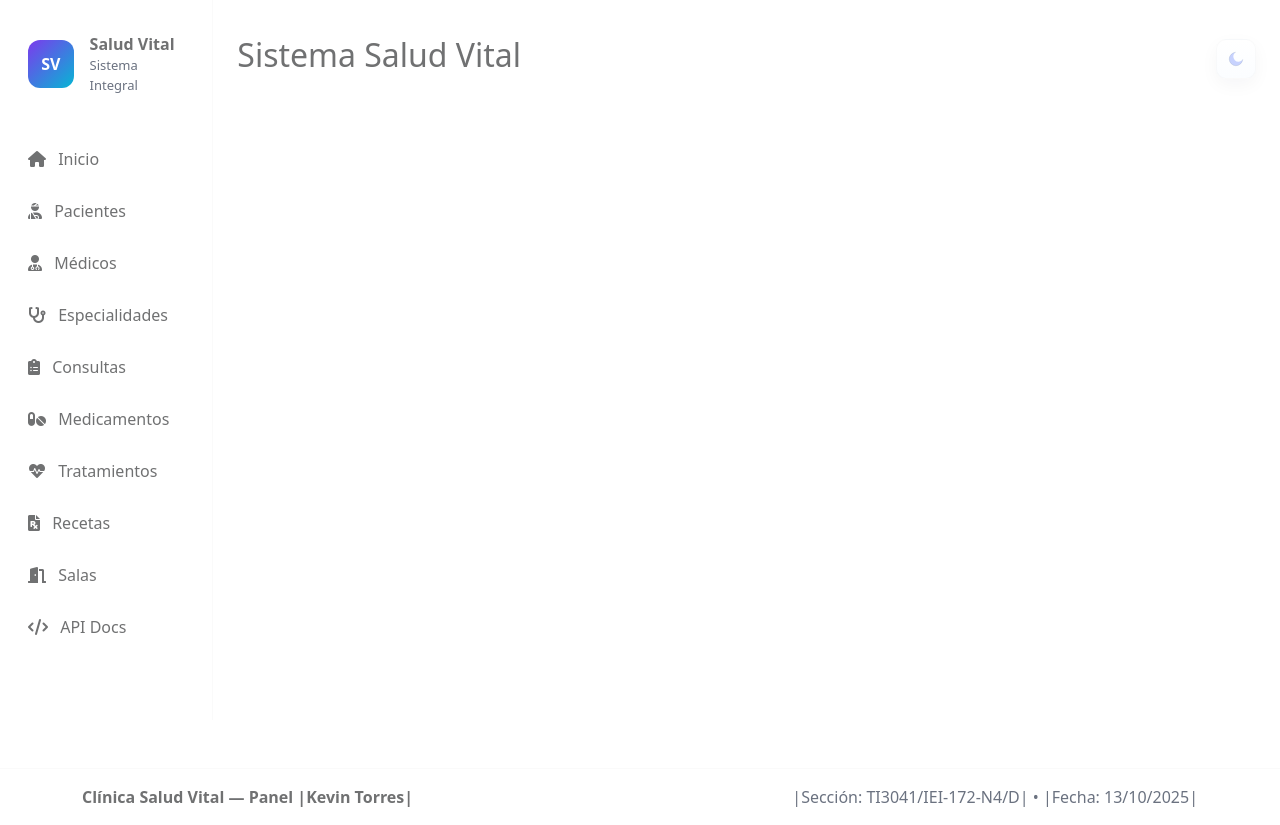
Repository: KeviNozh/eva2_clinica
Page: templates/base.html
An editor plug-in stored every save of this project. The page is shown before and after the next save, followed by the edit.
The browser window is 1280 px wide. The pictures show the whole page.
The template is drawn by Django 5.2. The application's start-up code is not run. Other server files are loaded and not shown. The template is opened directly, without the code that normally fills it, so the values that code supplies are empty.

Above is the page before, as saved 2025-10-16 00:35:57.

### templates/base.html
<!DOCTYPE html>
<html lang="es">
<head>
    <meta charset="UTF-8">
    <meta name="viewport" content="width=device-width, initial-scale=1.0">
    <title>{% block title %}Sistema Salud Vital{% endblock %}</title>

    <!-- Prevent theme flash: apply saved preference before CSS loads -->
    <script>
    (function(){
        try {
            const KEY = 'salud_vital_theme';
            const saved = localStorage.getItem(KEY);
            if (saved === 'dark') {
                document.documentElement.setAttribute('data-theme', 'dark');
            } else if (saved === 'light') {
                document.documentElement.removeAttribute('data-theme');
            } else {
                const prefersDark = window.matchMedia && window.matchMedia('(prefers-color-scheme: dark)').matches;
                if (prefersDark) document.documentElement.setAttribute('data-theme', 'dark');
                else document.documentElement.removeAttribute('data-theme');
            }
        } catch (e) {
            // Silently ignore (no localStorage access)
        }
    })();
    </script>

    <!-- Bootstrap -->
    <link href="https://cdn.jsdelivr.net/npm/bootstrap@5.3.0/dist/css/bootstrap.min.css" rel="stylesheet">
    <link rel="stylesheet" href="https://cdnjs.cloudflare.com/ajax/libs/font-awesome/6.0.0/css/all.min.css">

    <!-- Google Fonts -->
    <link href="https://fonts.googleapis.com/css2?family=Poppins:wght@300;400;600;700&display=swap" rel="stylesheet">

    <style>
        :root {
            --bg: #ffffff;
            --muted: #6b7280;
            --text: #707172ff;
            --card: #fff;
            --glass: rgba(121, 121, 121, 0.04);
            --accent-1: linear-gradient(135deg,#7c3aed,#06b6d4);
            --accent-2: linear-gradient(135deg,#ff7a59,#ffb86b);
            --accent-3: linear-gradient(135deg,#34d399,#60a5fa);
            --accent-4: linear-gradient(135deg,#f472b6,#7c3aed);
            --radius: 12px;
            --shadow: 0 10px 30px rgba(11,21,40,0.06);
            --max-width: 1200px;
            font-family: 'Poppins', system-ui, -apple-system, "Segoe UI", Roboto, Arial, sans-serif;
            color-scheme: light;
            background-color: var(--bg);
            color: var(--text);
        }

        html[data-theme="dark"] {
            --bg: linear-gradient(180deg,#071021,#071827);
            --muted: #9aa6b2;
            --text: #e6f1f6;
            --card: #071226;
            --glass: rgba(255,255,255,0.03);
            --shadow: 0 10px 30px rgba(2,6,23,0.6);
            color-scheme: dark;
        }

        * { box-sizing: border-box }
        html, body { height: 100%; margin: 0; background: var(--bg); -webkit-font-smoothing: antialiased; color: var(--text); }
        a { color: inherit; text-decoration: none }
        button { font: inherit }

        .sidebar {
            min-height: 100vh;
            background: var(--card);
            border-right: 1px solid var(--glass);
        }

        .sidebar .nav-link {
            color: var(--text);
            padding: 12px 16px;
            border-radius: var(--radius);
            margin-bottom: 4px;
            transition: all 0.2s ease;
        }

        .sidebar .nav-link:hover {
            background: var(--glass);
            transform: translateX(4px);
        }

        .main-content {
            background: var(--bg);
            padding: 20px;
        }

        .card-custom {
            background: var(--card);
            border-radius: var(--radius);
            box-shadow: var(--shadow);
            border: 1px solid var(--glass);
            margin-bottom: 20px;
        }

        .btn-primary-custom {
            background: var(--accent-1);
            border: none;
            color: white;
            font-weight: 600;
        }

        .theme-toggle {
            display: inline-grid;
            place-items: center;
            width: 40px;
            height: 40px;
            border-radius: 10px;
            border: 1px solid var(--glass);
            background: linear-gradient(180deg,#fff,#fbfdff);
            cursor: pointer;
            box-shadow: 0 6px 18px rgba(11,21,40,0.04);
        }

        html[data-theme="dark"] .theme-toggle {
            background: linear-gradient(180deg, rgba(255,255,255,0.02), rgba(255,255,255,0.01));
            border: 1px solid rgba(255,255,255,0.04);
        }

        .table-custom {
            background: var(--card);
            border-radius: var(--radius);
            overflow: hidden;
            box-shadow: var(--shadow);
        }

        .table-custom th {
            background: var(--glass);
            color: var(--muted);
            font-weight: 600;
            border: none;
            padding: 12px 16px;
        }

        .table-custom td {
            padding: 12px 16px;
            border-bottom: 1px solid var(--glass);
        }

        .form-control-custom, .form-select-custom {
            background: var(--card);
            border: 1px solid var(--glass);
            color: var(--text);
            border-radius: var(--radius);
        }

        .form-control-custom:focus, .form-select-custom:focus {
            background: var(--card);
            border-color: #7c3aed;
            color: var(--text);
            box-shadow: 0 0 0 0.2rem rgba(124, 58, 237, 0.25);
        }
    </style>
</head>
<body>
    <div class="container-fluid">
        <div class="row">
            <!-- Sidebar -->
            <nav class="col-md-3 col-lg-2 d-md-block sidebar">
                <div class="position-sticky pt-3">
                    <div class="brand p-3 mb-4">
                        <div class="d-flex align-items-center gap-3">
                            <div class="logo" style="width: 48px; height: 48px; border-radius: 12px; background: var(--accent-1); display: grid; place-items: center; color: white; font-weight: 700;">
                                SV
                            </div>
                            <div>
                                <div class="title" style="font-weight: 700;">Salud Vital</div>
                                <div class="tag" style="font-size: 13px; color: var(--muted);">Sistema Integral</div>
                            </div>
                        </div>
                    </div>

                    <ul class="nav flex-column">
                        <li class="nav-item">
                            <a class="nav-link" href="{% url 'inicio' %}">
                                <i class="fas fa-home me-2"></i> Inicio
                            </a>
                        </li>
                        <li class="nav-item">
                            <a class="nav-link" href="{% url 'crud:crud_pacientes' %}">
                                <i class="fas fa-user-injured me-2"></i> Pacientes
                            </a>
                        </li>
                        <li class="nav-item">
                            <a class="nav-link" href="{% url 'crud:crud_medicos' %}">
                                <i class="fas fa-user-md me-2"></i> Médicos
                            </a>
                        </li>
                        <li class="nav-item">
                            <a class="nav-link" href="{% url 'crud:crud_especialidades' %}">
                                <i class="fas fa-stethoscope me-2"></i> Especialidades
                            </a>
                        </li>
                        <li class="nav-item">
                            <a class="nav-link" href="{% url 'crud:crud_consultas' %}">
                                <i class="fas fa-clipboard-list me-2"></i> Consultas
                            </a>
                        </li>
                        <li class="nav-item">
                            <a class="nav-link" href="{% url 'crud:crud_medicamentos' %}">
                                <i class="fas fa-pills me-2"></i> Medicamentos
                            </a>
                        </li>
                        <li class="nav-item">
                            <a class="nav-link" href="{% url 'crud:crud_tratamientos' %}">
                                <i class="fas fa-heartbeat me-2"></i> Tratamientos
                            </a>
                        </li>
                        <li class="nav-item">
                            <a class="nav-link" href="{% url 'crud:crud_recetas' %}">
                                <i class="fas fa-file-prescription me-2"></i> Recetas
                            </a>
                        </li>
                        <li class="nav-item">
                            <a class="nav-link" href="{% url 'crud:crud_salas' %}">
                                <i class="fas fa-door-open me-2"></i> Salas
                            </a>
                        </li>
                        <li class="nav-item">
                            <a class="nav-link" href="/api/docs/" target="_blank">
                                <i class="fas fa-code me-2"></i> API Docs
                            </a>
                        </li>
                    </ul>
                </div>
            </nav>

            <!-- Main content -->
            <main class="col-md-9 ms-sm-auto col-lg-10 px-md-4 main-content">
                <div class="d-flex justify-content-between flex-wrap flex-md-nowrap align-items-center pt-3 pb-2 mb-3">
                    <h1 class="h2">{% block page_title %}Sistema Salud Vital{% endblock %}</h1>
                    <div class="d-flex align-items-center gap-2">
                        <button class="theme-toggle" aria-pressed="false" title="Cambiar tema" data-theme-toggle>
                            <span class="sr-only">Alternar tema claro/oscuro</span>
                            <svg width="18" height="18" viewBox="0 0 24 24" fill="none" aria-hidden>
                                <path d="M21 12.79A9 9 0 1111.21 3 7 7 0 0021 12.79z" fill="#0b1530" opacity="0.95"/>
                                <path d="M12 2v2M12 20v2M4.22 4.22l1.42 1.42M18.36 18.36l1.42 1.42M2 12h2M20 12h2M4.22 19.78l1.42-1.42M18.36 5.64l1.42-1.42" stroke="#6b7280" stroke-width="1.1" stroke-linecap="round" stroke-linejoin="round"/>
                            </svg>
                        </button>
                    </div>
                </div>

                <!-- Mensajes -->
                {% if messages %}
                <div class="messages">
                    {% for message in messages %}
                    <div class="alert alert-{{ message.tags }} alert-dismissible fade show" role="alert">
                        {{ message }}
                        <button type="button" class="btn-close" data-bs-dismiss="alert"></button>
                    </div>
                    {% endfor %}
                </div>
                {% endif %}

                <!-- Contenido principal -->
                {% block content %}
                {% endblock %}
            </main>
        </div>
    </div>

    <!-- Footer -->
    <footer class="mt-5 py-3" style="background: var(--card); border-top: 1px solid var(--glass);">
        <div class="container">
            <div class="d-flex justify-content-between align-items-center">
                <div style="font-weight:700">Clínica Salud Vital — Panel |Kevin Torres| </div>
                <div style="color: var(--muted);">|Sección: TI3041/IEI-172-N4/D| • |Fecha: 13/10/2025|</div>
            </div>
        </div>
    </footer>

    <script src="https://cdn.jsdelivr.net/npm/bootstrap@5.3.0/dist/js/bootstrap.bundle.min.js"></script>

    <script>
    (function(){
        const KEY = 'salud_vital_theme';
        const root = document.documentElement;
        const btn = document.querySelector('[data-theme-toggle]');
        const yearEl = document.getElementById('current-year');
        if (yearEl) yearEl.textContent = new Date().getFullYear(); // protegido

        // SVG icons (sun for light, moon for dark)
        const ICON_SUN = '<svg width="18" height="18" viewBox="0 0 24 24" fill="none" aria-hidden><circle cx="12" cy="12" r="4" fill="#f59e0b"/><path d="M12 2v2M12 20v2M4.22 4.22l1.42 1.42M18.36 18.36l1.42 1.42M2 12h2M20 12h2M4.22 19.78l1.42-1.42M18.36 5.64l1.42-1.42" stroke="#fbbf24" stroke-width="1.1" stroke-linecap="round" stroke-linejoin="round"/></svg>';
        const ICON_MOON = '<svg width="18" height="18" viewBox="0 0 24 24" fill="none" aria-hidden><path d="M21 12.79A9 9 0 1111.21 3a7 7 0 109.79 9.79z" fill="#c7d2fe"/><path d="M21 12.79A9 9 0 1111.21 3" stroke="#94a3b8" stroke-width="0.6" stroke-linecap="round" stroke-linejoin="round" opacity="0.6"/></svg>';

        function applyTheme(theme){
            if(!btn) return; // si no hay botón, salimos
            if(theme === 'dark'){
                root.setAttribute('data-theme','dark');
                btn.setAttribute('aria-pressed','true');
                btn.title = 'Cambiar a tema claro';
                btn.innerHTML = '<span class="sr-only">Tema oscuro activado. Cambiar a claro</span>' + ICON_SUN;
            } else {
                root.removeAttribute('data-theme');
                btn.setAttribute('aria-pressed','false');
                btn.title = 'Cambiar a tema oscuro';
                btn.innerHTML = '<span class="sr-only">Tema claro activado. Cambiar a oscuro</span>' + ICON_MOON;
            }
        }

        // initial: saved preference > prefers-color-scheme > default light
        try {
            const saved = localStorage.getItem(KEY);
            if(saved === 'dark' || saved === 'light'){
                applyTheme(saved);
            } else {
                const prefersDark = window.matchMedia && window.matchMedia('(prefers-color-scheme: dark)').matches;
                applyTheme(prefersDark ? 'dark' : 'light');
            }
        } catch(e) {
            // ignore storage errors and default to system
            const prefersDark = window.matchMedia && window.matchMedia('(prefers-color-scheme: dark)').matches;
            applyTheme(prefersDark ? 'dark' : 'light');
        }

        if (btn) {
            btn.addEventListener('click', function(){
                const isDark = root.getAttribute('data-theme') === 'dark';
                const next = isDark ? 'light' : 'dark';
                applyTheme(next);
                try { localStorage.setItem(KEY, next); } catch(e) {}
            });

            // Keep keyboard accessible (Enter / Space)
            btn.addEventListener('keydown', function(e){
                if(e.key === 'Enter' || e.key === ' '){
                    e.preventDefault();
                    btn.click();
                }
            });
        }
    })();
    </script>

    {% block scripts %}
    {% endblock %}
</body>
</html>

After the next save:
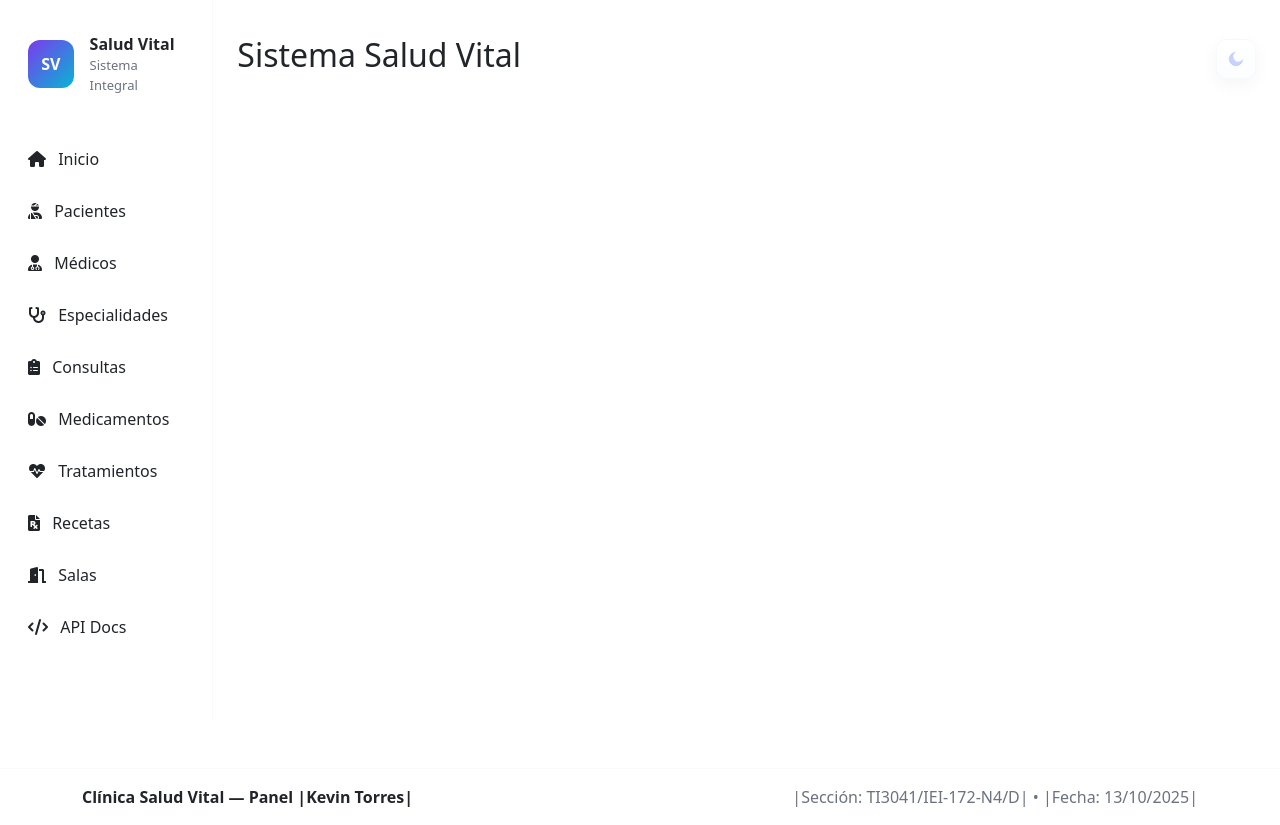
Saved 6 min 36 s later.
--- a/templates/base.html
+++ b/templates/base.html
@@ -37,7 +37,7 @@
         :root {
             --bg: #ffffff;
             --muted: #6b7280;
-            --text: #707172ff;
+            --text: #212529; /* Texto principal oscuro y legible */
             --card: #fff;
             --glass: rgba(121, 121, 121, 0.04);
             --accent-1: linear-gradient(135deg,#7c3aed,#06b6d4);
